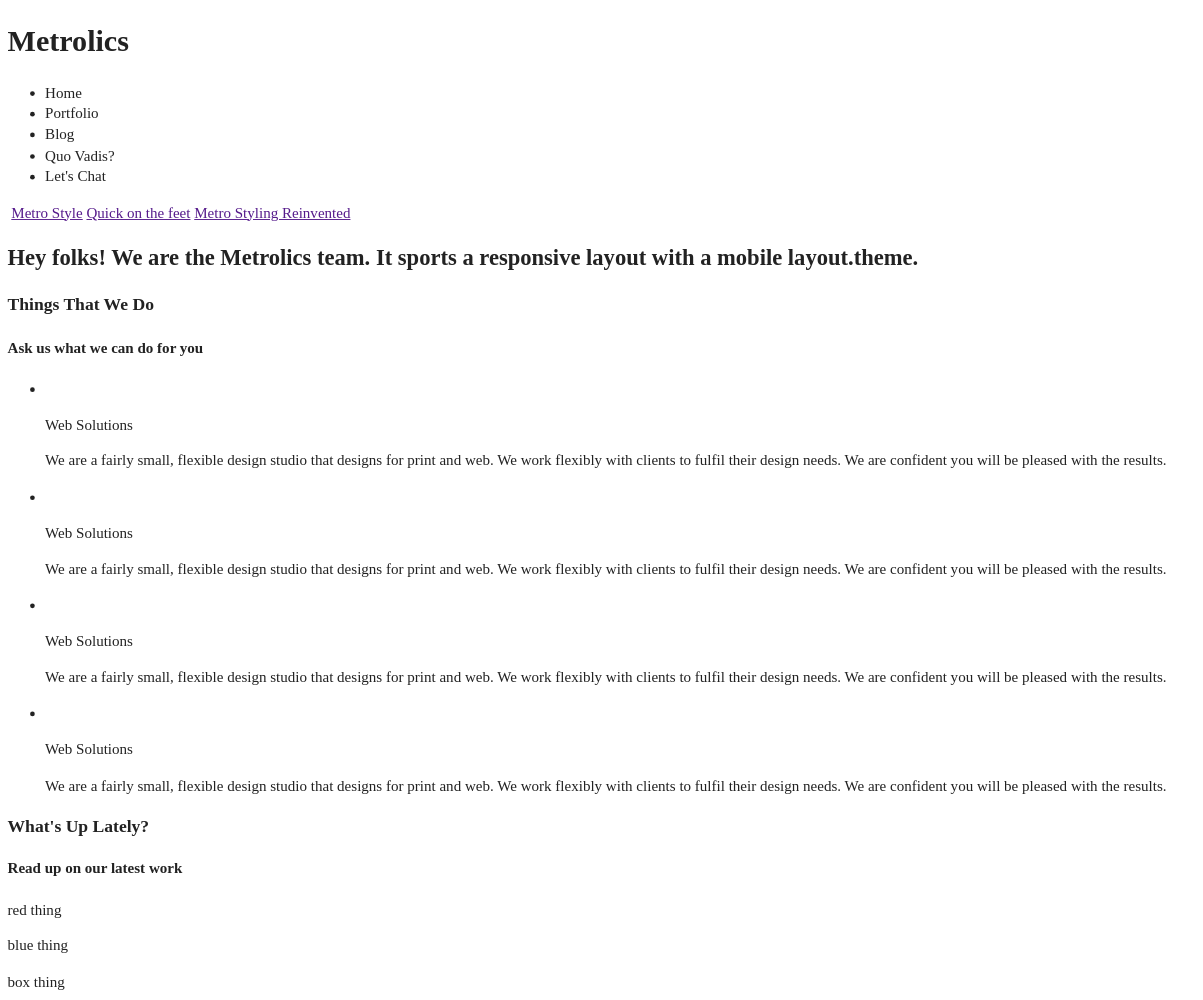
Repository: kaitlynlew/Lab02-Metrolics
Page: index.html
The author's editor kept a copy of each file at every save. The page is drawn from the files as they stood at one save, then again after the next save.
The browser window is 1280 px wide. The pictures show the whole page, at 94% of full size.

Above is the page before, as saved 2025-01-22 15:17:57.

### index.html
<!doctype html>
<html class="no-js" lang="">

<head>
  <meta charset="utf-8">
  <meta name="viewport" content="width=device-width, initial-scale=1">
  <title>Metrolics</title>
  <link rel="stylesheet" href="css/style.css">
  <meta name="description" content="">

  <meta property="og:title" content="">
  <meta property="og:type" content="">
  <meta property="og:url" content="">
  <meta property="og:image" content="">
  <meta property="og:image:alt" content="">

  <link rel="manifest" href="site.webmanifest">
  <meta name="theme-color" content="#fafafa">
</head>

<body>

  <header>
    <h1>Metrolics</h1>
    <nav>
        <ul>
            <li>Home</li>
            <li>Portfolio</li>
            <li>Blog</li>
            <li>Quo Vadis?</li>
            <li>Let's Chat</li>
        </ul>
    </nav>
</header>

<div>
  <img src="">
  <a href="">Metro Style</a>
  <a href="">Quick on the feet</a>
  <a href="">Metro Styling Reinvented</a>
</div>

<h2>Hey folks! We are the Metrolics team. It sports a responsive layout with a mobile layout.theme.</h2>

<section>
    <h3>Things That We Do</h3>
    <h4>Ask us what we can do for you</h4>
    <div>
        <ul>
            <li><img src="">
                <p>Web Solutions</p>
                <p>We are a fairly small, flexible design studio that designs for print and web. We work flexibly with clients to fulfil their design needs. We are confident you will be pleased with the results.</p>
            </li>
        </ul>
        <ul>
            <li><img src="">
                <p>Web Solutions</p>
                <p>We are a fairly small, flexible design studio that designs for print and web. We work flexibly with clients to fulfil their design needs. We are confident you will be pleased with the results.</p>
            </li>
        </ul>
        <ul>
            <li><img src="">
                <p>Web Solutions</p>
                <p>We are a fairly small, flexible design studio that designs for print and web. We work flexibly with clients to fulfil their design needs. We are confident you will be pleased with the results.</p>
            </li>
        </ul>
        <ul>
            <li><img src="">
                <p>Web Solutions</p>
                <p>We are a fairly small, flexible design studio that designs for print and web. We work flexibly with clients to fulfil their design needs. We are confident you will be pleased with the results.</p>
            </li>
        </ul>
    </div>
</section>

<section>
  <h3>What's Up Lately?</h3>
  <h4>Read up on our latest work</h4>
  <div>
      <article>
          <div>red thing</div>
          <p></p>
          <p></p>
      </article>
  </div>
  <div>
      blue thing
      <div>
          <p></p>
          <p></p>
          <div>box thing</div>
      </div>
  </div>
</section>

  <script src="js/app.js"></script>

</body>

</html>

### css/style.css
/*! HTML5 Boilerplate v9.0.1 | MIT License | https://html5boilerplate.com/ */

/* main.css 3.0.0 | MIT License | https://github.com/h5bp/main.css#readme */
/*
 * What follows is the result of much research on cross-browser styling.
 * Credit left inline and big thanks to Nicolas Gallagher, Jonathan Neal,
 * Kroc Camen, and the H5BP dev community and team.
 */

/* ==========================================================================
   Base styles: opinionated defaults
   ========================================================================== */

html {
  color: #222;
  font-size: 1em;
  line-height: 1.4;
}

/*
 * Remove text-shadow in selection highlight:
 * https://twitter.com/miketaylr/status/12228805301
 *
 * Customize the background color to match your design.
 */

::-moz-selection {
  background: #b3d4fc;
  text-shadow: none;
}

::selection {
  background: #b3d4fc;
  text-shadow: none;
}

/*
 * A better looking default horizontal rule
 */

hr {
  display: block;
  height: 1px;
  border: 0;
  border-top: 1px solid #ccc;
  margin: 1em 0;
  padding: 0;
}

/*
 * Remove the gap between audio, canvas, iframes,
 * images, videos and the bottom of their containers:
 * https://github.com/h5bp/html5-boilerplate/issues/440
 */

audio,
canvas,
iframe,
img,
svg,
video {
  vertical-align: middle;
}

/*
 * Remove default fieldset styles.
 */

fieldset {
  border: 0;
  margin: 0;
  padding: 0;
}

/*
 * Allow only vertical resizing of textareas.
 */

textarea {
  resize: vertical;
}

/* ==========================================================================
   Author's custom styles
   ========================================================================== */

/* ==========================================================================
   Helper classes
   ========================================================================== */

/*
 * Hide visually and from screen readers
 */

.hidden,
[hidden] {
  display: none !important;
}

/*
 * Hide only visually, but have it available for screen readers:
 * https://snook.ca/archives/html_and_css/hiding-content-for-accessibility
 *
 * 1. For long content, line feeds are not interpreted as spaces and small width
 *    causes content to wrap 1 word per line:
 *    https://medium.com/@jessebeach/beware-smushed-off-screen-accessible-text-5952a4c2cbfe
 */

.visually-hidden {
  border: 0;
  clip: rect(0, 0, 0, 0);
  height: 1px;
  margin: -1px;
  overflow: hidden;
  padding: 0;
  position: absolute;
  white-space: nowrap;
  width: 1px;
  /* 1 */
}

/*
 * Extends the .visually-hidden class to allow the element
 * to be focusable when navigated to via the keyboard:
 * https://www.drupal.org/node/897638
 */

.visually-hidden.focusable:active,
.visually-hidden.focusable:focus {
  clip: auto;
  height: auto;
  margin: 0;
  overflow: visible;
  position: static;
  white-space: inherit;
  width: auto;
}

/*
 * Hide visually and from screen readers, but maintain layout
 */

.invisible {
  visibility: hidden;
}

/*
 * Clearfix: contain floats
 *
 * The use of `table` rather than `block` is only necessary if using
 * `::before` to contain the top-margins of child elements.
 */

.clearfix::before,
.clearfix::after {
  content: "";
  display: table;
}

.clearfix::after {
  clear: both;
}

/* ==========================================================================
   EXAMPLE Media Queries for Responsive Design.
   These examples override the primary ('mobile first') styles.
   Modify as content requires.
   ========================================================================== */

@media only screen and (min-width: 35em) {
  /* Style adjustments for viewports that meet the condition */
}

@media print,
  (-webkit-min-device-pixel-ratio: 1.25),
  (min-resolution: 1.25dppx),
  (min-resolution: 120dpi) {
  /* Style adjustments for high resolution devices */
}

/* ==========================================================================
   Print styles.
   Inlined to avoid the additional HTTP request:
   https://www.phpied.com/delay-loading-your-print-css/
   ========================================================================== */

@media print {
  *,
  *::before,
  *::after {
    background: #fff !important;
    color: #000 !important;
    /* Black prints faster */
    box-shadow: none !important;
    text-shadow: none !important;
  }

  a,
  a:visited {
    text-decoration: underline;
  }

  a[href]::after {
    content: " (" attr(href) ")";
  }

  abbr[title]::after {
    content: " (" attr(title) ")";
  }

  /*
   * Don't show links that are fragment identifiers,
   * or use the `javascript:` pseudo protocol
   */
  a[href^="#"]::after,
  a[href^="javascript:"]::after {
    content: "";
  }

  pre {
    white-space: pre-wrap !important;
  }

  pre,
  blockquote {
    border: 1px solid #999;
    page-break-inside: avoid;
  }

  tr,
  img {
    page-break-inside: avoid;
  }

  p,
  h2,
  h3 {
    orphans: 3;
    widows: 3;
  }

  h2,
  h3 {
    page-break-after: avoid;
  }
}

Loaded but not shown: js/app.js (no stored copy; drawn as an empty file)

After the next save:
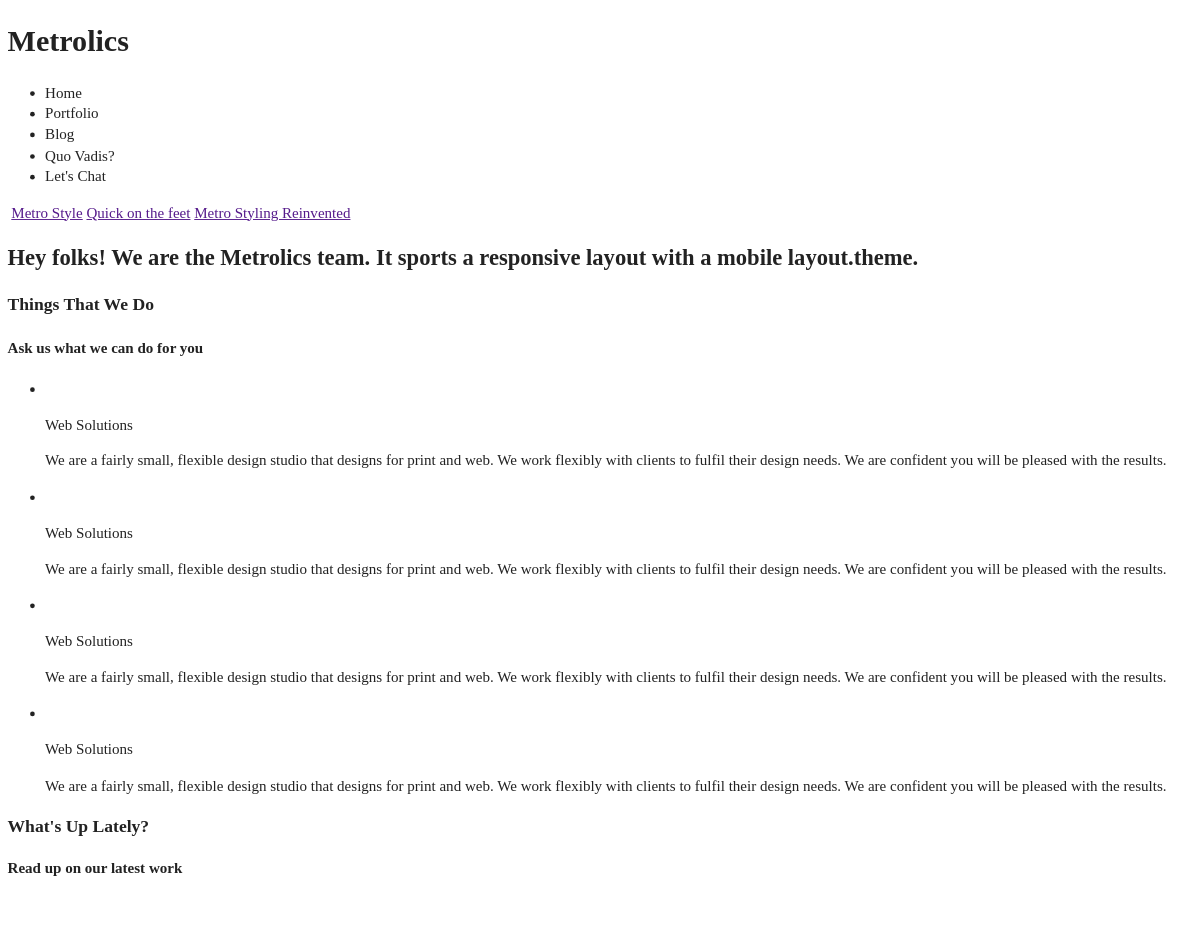
Saved 47 s later.
--- a/index.html
+++ b/index.html
@@ -77,19 +77,9 @@
   <h3>What's Up Lately?</h3>
   <h4>Read up on our latest work</h4>
   <div>
-      <article>
-          <div>red thing</div>
-          <p></p>
-          <p></p>
-      </article>
-  </div>
-  <div>
-      blue thing
-      <div>
-          <p></p>
-          <p></p>
-          <div>box thing</div>
-      </div>
+    <img src="">
+    <img src="">
+    <img src="">
   </div>
 </section>
 
